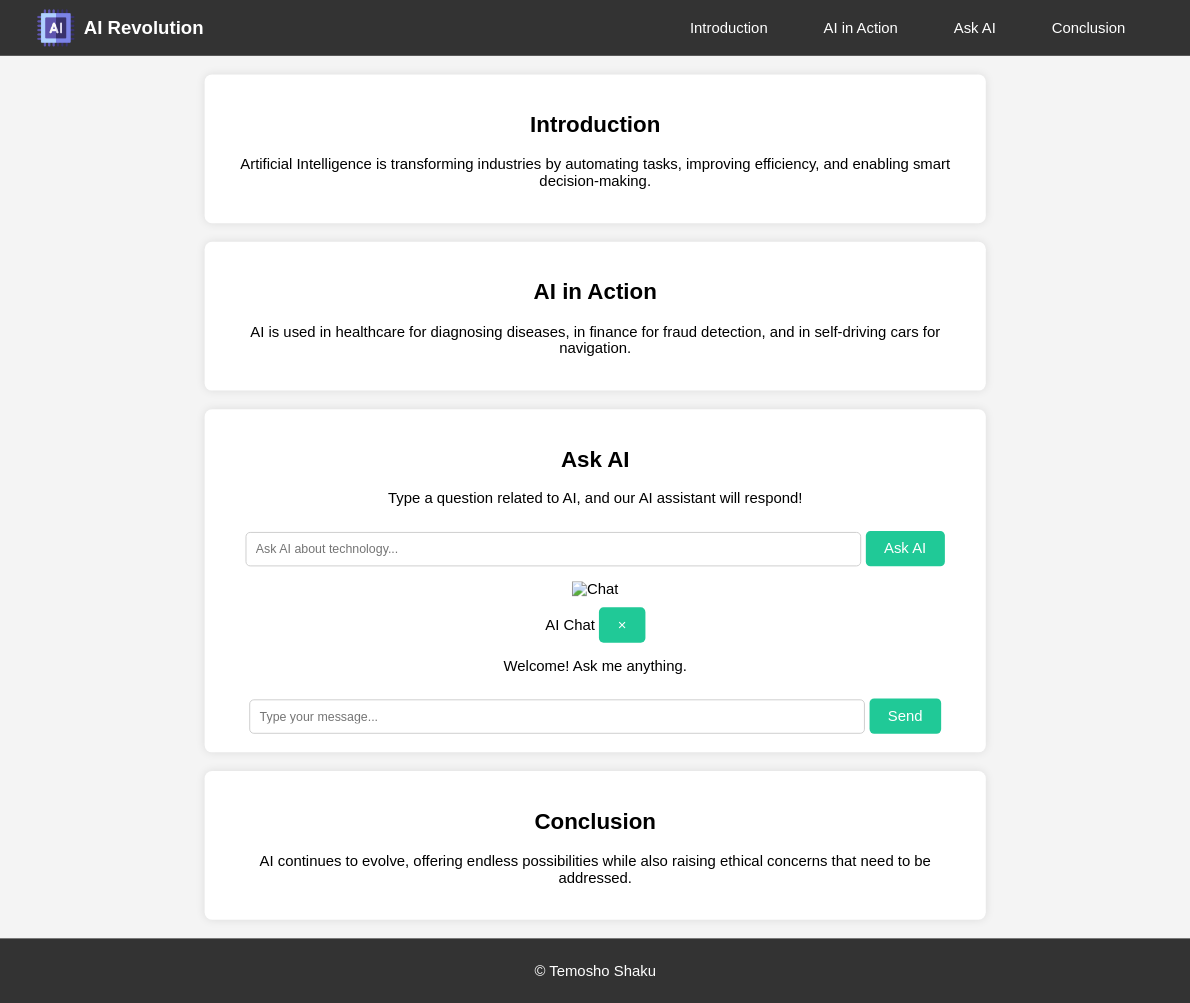
Repository: TemoshoS/ai
Page: index.html
The author's editor kept a copy of each file at every save. The page is drawn from the files as they stood at one save, then again after the next save.
The browser window is 1280 px wide. The pictures show the whole page, at 93% of full size.

Above is the page before, as saved 2025-02-16 15:31:47.
Not found: chat-icon.png

### index.html
<!DOCTYPE html>
<html lang="en">
<head>
    <meta charset="UTF-8">
    <meta name="viewport" content="width=device-width, initial-scale=1.0">
    <title>AI Revolution</title>
    <link rel="stylesheet" href="styles.css">
</head>
<body>

    <nav>
        <div class="nav-container">
            <div class="logo">
                <img src="./ai.png" alt="AI Logo">
                <span>AI Revolution</span>
            </div>
            <ul class="nav-links">
                <li><a href="#intro">Introduction</a></li>
                <li><a href="#body">AI in Action</a></li>
                <li><a href="#chatbot">Ask AI</a></li>
                <li><a href="#conclusion">Conclusion</a></li>
            </ul>
        </div>
    </nav>

    <section id="intro">
        <h2>Introduction</h2>
        <p>Artificial Intelligence is transforming industries by automating tasks, improving efficiency, and enabling smart decision-making.</p>
    </section>

    <section id="body">
        <h2>AI in Action</h2>
        <p>AI is used in healthcare for diagnosing diseases, in finance for fraud detection, and in self-driving cars for navigation.</p>
    </section>

    <section id="chatbot">
        <h2>Ask AI</h2>
        <p>Type a question related to AI, and our AI assistant will respond!</p>
        <input type="text" id="userInput" placeholder="Ask AI about technology...">
        <button id="askAI">Ask AI</button>
        <p id="aiResponse"></p>

        <!-- Chat Icon -->
        <div id="chatIcon">
            <img src="./chat-icon.png" alt="Chat" />
        </div>

        <!-- Chat Box -->
        <div id="chatBox">
            <div class="chat-header">
                <span>AI Chat</span>
                <button id="closeChat">&times;</button>
            </div>
            <div class="chat-body">
                <p>Welcome! Ask me anything.</p>
            </div>
            <input type="text" id="chatInput" placeholder="Type your message...">
            <button id="sendChat">Send</button>
        </div>
    </section>


    <section id="conclusion">
        <h2>Conclusion</h2>
        <p>AI continues to evolve, offering endless possibilities while also raising ethical concerns that need to be addressed.</p>
    </section>

    <footer>
        <p>&copy; Temosho Shaku</p>
    </footer>

    <script src="script.js"></script>
</body>
</html>

### styles.css
body {
    font-family: Arial, sans-serif;
    margin: 0;
    padding: 0;
    background-color: #f4f4f4;
    text-align: center;
}

/* NAVIGATION BAR */
nav {
    background: #333;
    padding: 10px 20px;
}

.nav-container {
    display: flex;
    justify-content: space-between;
    align-items: center;
    max-width: 1200px;
    margin: auto;
}

.logo {
    display: flex;
    align-items: center;
}

.logo img {
    width: 40px;
    height: 40px;
    margin-right: 10px;
}

.logo span {
    font-size: 20px;
    color: white;
    font-weight: bold;
}

.nav-links {
    list-style: none;
    display: flex;
    margin: 0;
    padding: 0;
}

.nav-links li {
    margin: 0 15px;
}

.nav-links li a {
    color: white;
    text-decoration: none;
    padding: 10px 15px;
    display: block;
}

.nav-links li a:hover {
    background-color: #20C997;
    border-radius: 5px;
}

/* CONTENT */
section {
    padding: 20px;
    max-width: 800px;
    margin: auto;
    background: white;
    margin-top: 20px;
    border-radius: 8px;
    box-shadow: 0px 0px 10px rgba(0, 0, 0, 0.1);
}

/* AI CHAT */
input {
    padding: 10px;
    width: 80%;
    border: 1px solid #ccc;
    border-radius: 5px;
    margin-top: 10px;
}

button {
    background-color: #20C997;
    color: white;
    padding: 10px 20px;
    border: none;
    font-size: 16px;
    cursor: pointer;
    margin-top: 10px;
    border-radius: 5px;
}

button:hover {
    background-color: #17a589;
}

#aiResponse {
    font-weight: bold;
    color: #333;
    margin-top: 15px;
}

/* FOOTER */
footer {
    margin-top: 20px;
    background-color: #333;
    color: white;
    padding: 10px;
}

### script.js

document.getElementById("askAI").addEventListener("click", function () {
    let userInput = document.getElementById("userInput").value.trim();

    if (!userInput) {
        alert("Please enter a question!");
        return;
    }

    document.getElementById("aiResponse").innerText = "Thinking...";

    setTimeout(() => {
        let fakeResponses = [
            "AI helps automate repetitive tasks.",
            "Machine learning enables computers to learn from data.",
            "AI is used in chatbots, self-driving cars, and healthcare.",
            "AI raises ethical concerns, including bias and job automation.",
            "AI can improve cybersecurity by detecting threats."
        ];

        let randomResponse = fakeResponses[Math.floor(Math.random() * fakeResponses.length)];

        document.getElementById("aiResponse").innerText = randomResponse;
    }, 1500);
});

After the next save:
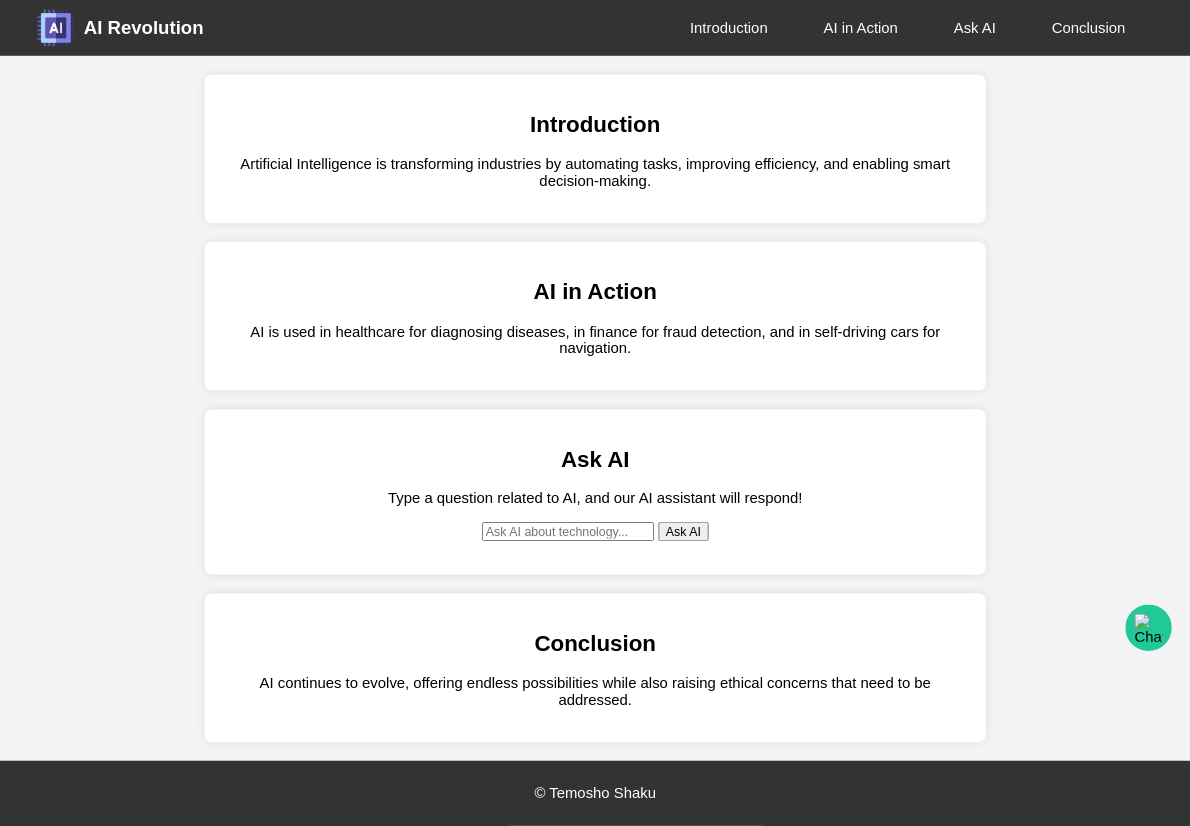
Saved 113 s later.
--- a/styles.css
+++ b/styles.css
@@ -71,35 +71,80 @@ section {
     box-shadow: 0px 0px 10px rgba(0, 0, 0, 0.1);
 }
 
-/* AI CHAT */
-input {
+/* Chat Icon */
+#chatIcon {
+    position: fixed;
+    bottom: 20px;
+    right: 20px;
+    background-color: #20C997;
+    width: 50px;
+    height: 50px;
+    border-radius: 50%;
+    display: flex;
+    justify-content: center;
+    align-items: center;
+    cursor: pointer;
+}
+
+#chatIcon img {
+    width: 30px;
+    height: 30px;
+}
+
+/* Chat Box */
+#chatBox {
+    position: fixed;
+    bottom: 80px;
+    right: 20px;
+    width: 300px;
+    background: white;
+    box-shadow: 0px 0px 10px rgba(0, 0, 0, 0.2);
+    border-radius: 8px;
+    display: none;
+    flex-direction: column;
+}
+
+.chat-header {
+    background: #20C997;
+    color: white;
     padding: 10px;
+    display: flex;
+    justify-content: space-between;
+    align-items: center;
+    font-weight: bold;
+}
+
+.chat-header button {
+    background: none;
+    border: none;
+    color: white;
+    font-size: 20px;
+    cursor: pointer;
+}
+
+.chat-body {
+    padding: 10px;
+    max-height: 200px;
+    overflow-y: auto;
+}
+
+#chatInput {
     width: 80%;
+    padding: 10px;
     border: 1px solid #ccc;
     border-radius: 5px;
-    margin-top: 10px;
+    margin: 10px;
 }
 
-button {
+#sendChat {
     background-color: #20C997;
     color: white;
-    padding: 10px 20px;
+    padding: 10px;
     border: none;
-    font-size: 16px;
     cursor: pointer;
-    margin-top: 10px;
     border-radius: 5px;
 }
 
-button:hover {
-    background-color: #17a589;
-}
-
-#aiResponse {
-    font-weight: bold;
-    color: #333;
-    margin-top: 15px;
-}
 
 /* FOOTER */
 footer {
